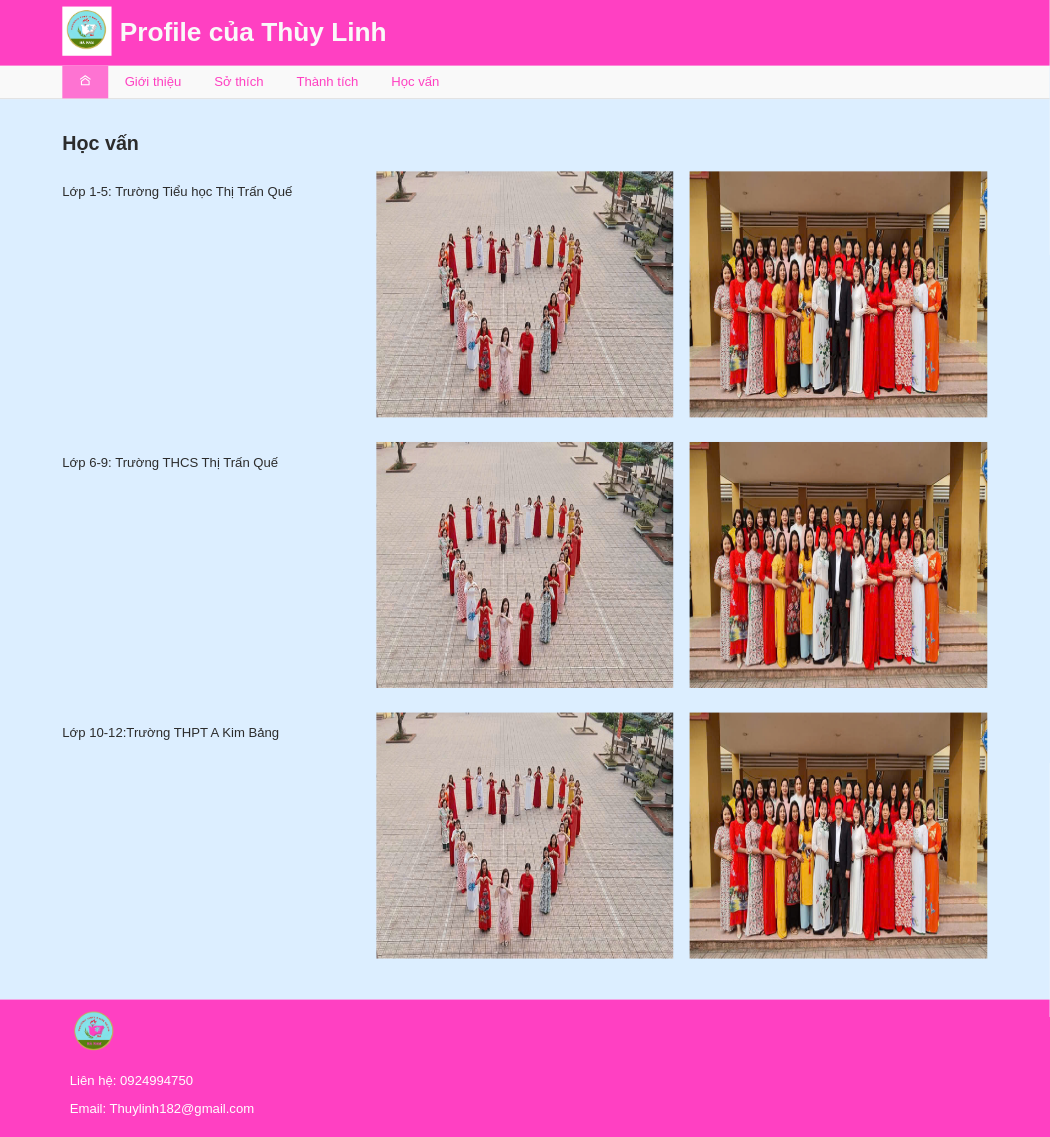
Repository: DucLong-PD07979/profile-vu-thuy-linh
Page: hoc-van.html
An editor plug-in stored every save of this project. The page is shown before and after the next save, followed by the edit.
The browser window is 1280 px wide. The pictures show the whole page, at 82% of full size.

Above is the page before, as saved 2025-03-13 22:17:49.
Not found: script.js

### hoc-van.html
<!DOCTYPE html>
<html lang="vi">
    <head>
        <meta charset="UTF-8" />
        <meta name="viewport" content="width=device-width, initial-scale=1.0" />
        <title>Profile của Thùy Linh</title>
        <link rel="stylesheet" href="./css/main.css" />
        <script defer src="script.js"></script>
    </head>
    <body>
        <header>
            <div class="container">
                <div class="logo">
                    <img src="./images/anh-doan-3.jpg" alt="Logo" />
                </div>
                <h1>Profile của Thùy Linh</h1>
            </div>
        </header>
        <div class="menu-list">
            <div class="container">
                <nav>
                    <ul>
                        <li>
                            <a href="./index.html" class="active">
                                <svg
                                    xmlns="http://www.w3.org/2000/svg"
                                    viewBox="0 0 24 24"
                                    fill="currentColor"
                                >
                                    <path
                                        d="M12.5812 2.68627C12.2335 2.43791 11.7664 2.43791 11.4187 2.68627L1.9187 9.47198L3.08118 11.0994L11.9999 4.7289L20.9187 11.0994L22.0812 9.47198L12.5812 2.68627ZM19.5812 12.6863L12.5812 7.68627C12.2335 7.43791 11.7664 7.43791 11.4187 7.68627L4.4187 12.6863C4.15591 12.874 3.99994 13.177 3.99994 13.5V20C3.99994 20.5523 4.44765 21 4.99994 21H18.9999C19.5522 21 19.9999 20.5523 19.9999 20V13.5C19.9999 13.177 19.844 12.874 19.5812 12.6863ZM5.99994 19V14.0146L11.9999 9.7289L17.9999 14.0146V19H5.99994Z"
                                    ></path>
                                </svg>
                            </a>
                        </li>
                        <li>
                            <a href="./ban-than.html">Giới thiệu</a>
                            <ul class="menu-children">
                                <li><a href="./ban-than.html">Bản thân</a></li>
                                <li><a href="./gia-dinh.html">Gia đình</a></li>
                            </ul>
                        </li>
                        <li><a href="./so-thich.html">Sở thích</a></li>
                        <li><a href="./thanh-tich.html">Thành tích</a></li>
                        <li><a href="./hoc-van.html">Học vấn</a></li>
                    </ul>
                </nav>
            </div>
        </div>
        <section id="education">
            <div class="container">
                <h2>Học vấn</h2>
                <div class="education-section-content">
                    <div class="box">
                        <p>Lớp 1-5: Trường Tiểu học Thị Trấn Quế</p>
                        <img src="./images/anh-lop-1.jpg" alt="" />
                        <img src="./images/anh-lop-1-2.jpg" alt="" />
                    </div>
                    <div class="box">
                        <p>Lớp 6-9: Trường THCS Thị Trấn Quế</p>
                        <img src="./images/anh-lop-1.jpg" alt="" />
                        <img src="./images/anh-lop-1-2.jpg" alt="" />
                    </div>
                    <div class="box">
                        <p>Lớp 10-12:Trường THPT A Kim Bảng</p>
                        <img src="./images/anh-lop-1.jpg" alt="" />
                        <img src="./images/anh-lop-1-2.jpg" alt="" />
                    </div>
                </div>
            </div>
        </section>
        <footer>
            <div class="container">
                <div class="logo">
                    <img
                        src="./images/anh-doan-3-removebg-preview.png"
                        alt="Logo"
                    />
                </div>
                <p>Liên hệ: 0924994750</p>
                <p>Email: Thuylinh182@gmail.com</p>
            </div>
        </footer>
    </body>
</html>
<!-- https://profile-vu-thuy-linh.vercel.app/ -->

### css/main.css
* {
    box-sizing: border-box;
}

body {
    font-family: Arial, sans-serif;
    margin: 0;
    padding: 0;
    background-color: #f9f9f9;
    color: #2c2c2c;
}

.container {
    margin: 0 5%;
    padding: 0 12px;
}

header {
    background-color: #ff40c2;
    color: #f9f9f9;
}

header .container {
    display: flex;
    align-items: center;
}

.logo img {
    width: 60px;
    height: 60px;
    margin-right: 10px;
}

.menu-list {
    color: #ff40c2;
    border-bottom: 1px solid #d6d6d6;
}

nav ul {
    list-style: none;
    padding: 0;
    display: flex;
    align-items: center;
    margin: 0;
}

nav ul li {
    display: inline;
    position: relative;
}

nav ul li a {
    color: #ff40c2;
    text-decoration: none;
    padding: 10px 20px;
    display: block;
    font-size: 16px;
    transition: all 0.1s linear;
}

nav ul li a.active {
    background-color: #fe73d2;
}

nav ul li a svg {
    width: 16px;
    height: 16px;
    color: #ffffff;
}

nav ul li a:hover {
    color: white;
    background-color: #fe73d2;
}

.menu-children {
    position: absolute;
    z-index: 9;
    top: 100%;
    display: none;
    background-color: #f9f9f9;
}

nav ul li:hover .menu-children {
    display: block;
}

.participation-section {
    display: grid;
    gap: 10px;
    grid-template-columns: 1fr 1fr 1fr 1fr 1fr;
}

.item-1 {
    grid-column: 1 / 5;
    display: grid;
    grid-template-columns: 1fr 1fr;
    gap: 10px;
    width: 100%;
}

.item-2 {
    grid-column: 5 / 6;
}

.participation-section .item-1 img {
    width: 100%;
    height: 300px;
}

.participation-section .item-2 img {
    width: 100%;
    height: 240px;
    margin-bottom: 10px;
}

.participation-content {
    width: 100%;
}

.participation-content a {
    color: #404042;
    display: block;
    padding: 6px 0;
}

.participation-content a:hover {
    color: #fe73d2;
    text-decoration: underline;
}

/* giới thiệu bản thân */
#introduce-section {
    background-color: #fbdce2;
    width: 100%;
    padding: 20px 0;
}

.introduce-section-content {
    display: grid;
    grid-template-columns: 1fr 1fr;
    gap: 10px;
    align-items: center;
}

.introduce-section-content .box .gallery {
    width: 100%;
}

.introduce-section-content .box .gallery img {
    width: 100%;
    height: 400px;
    object-fit: fill;
}

.introduce-section-content .item-3 {
    grid-column: 1 /3;
    display: grid;
    gap: 20px;
    grid-template-columns: 1fr 1fr 1fr;
}

.introduce-section-content img {
    width: 100%;
    height: 600px;
    margin: 50px 0;
}

.introduce-section-content .box p {
    font-size: 18px;
}
/* gia dinh */

#family-section {
    background-color: #e8d5f3;
    width: 100%;
    padding: 20px 0;
}

.family-section-content {
    display: grid;
    grid-template-columns: 1fr 1fr 1fr 1fr;
    gap: 10px;
}

.family-section-content .box img {
    width: 100%;
    height: 340px;
    object-fit: fill;
}

.family-section-content .box p {
    font-size: 18px;
}

/* thanh tich */

#achievements {
    background-color: #eeeeeb;
    width: 100%;
    padding: 20px 0;
}

.achievements-section-content {
    display: grid;
    grid-template-columns: 1fr 1fr;
    gap: 10px;
}

.achievements-section-content .box img {
    width: 100%;
    height: 400px;
}

.achievements-section-content .box p {
    font-size: 18px;
}

/* học vấn */
#education {
    background-color: #dceeff;
    width: 100%;
    padding: 20px 0;
    min-height: 500px;
}

.education-section-content .box {
    display: grid;
    grid-template-columns: 1fr 1fr 1fr;
    gap: 20px;
    margin-bottom: 30px;
}

.education-section-content .box img {
    width: 100%;
    height: 300px;
}

/* sở thích */
.hobbies-section-content .images {
    display: flex;
    gap: 10px;
    display: grid;
    grid-template-columns: 1fr 1fr 1fr;
}

.hobbies-section-content .images {
    width: 100%;
    margin-top: 120px;
    margin-bottom: 120px;
}

.hobbies-section-content .images img {
    width: 100%;
    height: 100%;
}

footer {
    background-color: #ff40c2;
    color: white;
    padding: 10px;
}

After the next save:
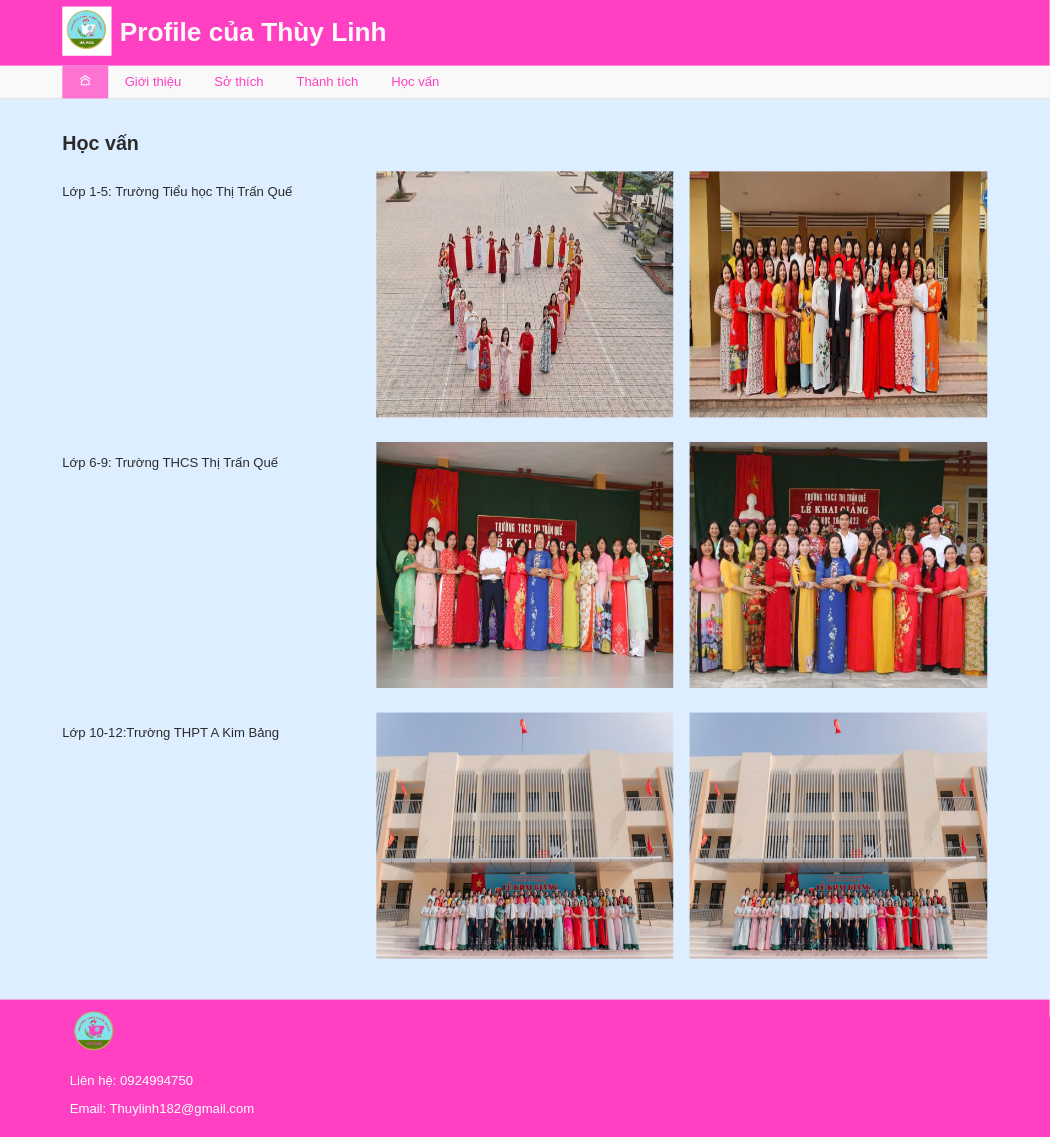
Saved 30 s later.
--- a/hoc-van.html
+++ b/hoc-van.html
@@ -58,13 +58,13 @@
                     </div>
                     <div class="box">
                         <p>Lớp 6-9: Trường THCS Thị Trấn Quế</p>
-                        <img src="./images/anh-lop-1.jpg" alt="" />
-                        <img src="./images/anh-lop-1-2.jpg" alt="" />
+                        <img src="./images/anh-lop-9-1.jpg" alt="" />
+                        <img src="./images/anh-lop-9-2.jpg" alt="" />
                     </div>
                     <div class="box">
                         <p>Lớp 10-12:Trường THPT A Kim Bảng</p>
-                        <img src="./images/anh-lop-1.jpg" alt="" />
-                        <img src="./images/anh-lop-1-2.jpg" alt="" />
+                        <img src="./images/anh-lop-12-1.jpg" alt="" />
+                        <img src="./images/anh-lop-12-1.jpg" alt="" />
                     </div>
                 </div>
             </div>
